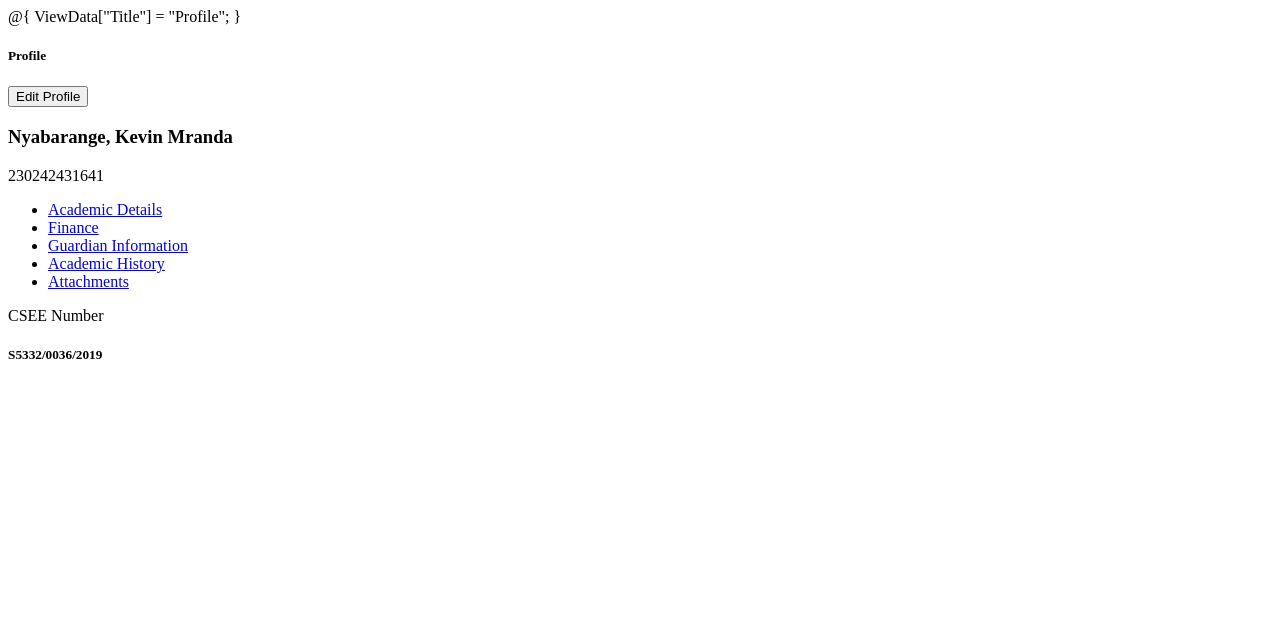
Repository: Euphrase8/SOMA-main
Page: Views/Profile/Profile.html
These files come from the project's save history. The page is drawn as it stood at one moment and after a run of saves; the edit follows.
The browser window is 1280 px wide. The pictures show the whole page.

Above is the page before, as saved 2024-05-29 03:10:07.

### Views/Profile/Profile.html
@{
ViewData["Title"] = "Profile";
}

<div class="card">
    <div class="card-header">
        <div class="row align-items-center">
            <div class="col">
                <h5><i class="icofont icofont-graduate-alt"></i> Profile</h5>
            </div>
            <div class="col text-right">
                <button class="btn btn-primary"><i class="icofont icofont-pen-alt-4"></i>Edit Profile</button>
            </div>
        </div>
    </div>
</div>

<div class="card">
    <div class="row align-items-center">
        <div class="col-md-3">
            <div class="card">
                <div class="card-body profile-box">
                    <h3 class="user-profile text-center">Nyabarange, Kevin Mranda</h3>
                    <p class="text-muted text-center">230242431641</p>
                </div>
            </div>
        </div>
        <div class="col-md-9">
            <div class="card">
                <div class="card-header p-2">
                    <ul class="nav nav-pills">
                        <li class="nav-item">
                            <a class="nav-link active" href="#">Academic Details</a>
                        </li>
                        <li class="nav-item">
                            <a class="nav-link active" href="#">Finance</a>
                        </li>
                        <li class="nav-item">
                            <a class="nav-link active" href="#">Guardian Information</a>
                        </li>
                        <li class="nav-item">
                            <a class="nav-link active" href="#">Academic History</a>
                        </li>
                        <li class="nav-item">
                            <a class="nav-link active" href="#">Attachments</a>
                        </li>
                    </ul>
                </div>
                <div class="card-body">
                    <div class="tab-content">
                        <div class="active tab-pane" id="activity">
                            <div class="row">
                                <div class="col-sm-3  col-6">
                                    <div class="description-block border-right">
                                        <span class="description-percentage text-success">CSEE Number</span>
                                        <h5 class="description-header">S5332/0036/2019</h5>
                                    </div>
                                </div>
                            </div>
                        </div>
                    </div>
                </div>
            </div>
        </div>
    </div>

After the next 5 saves:
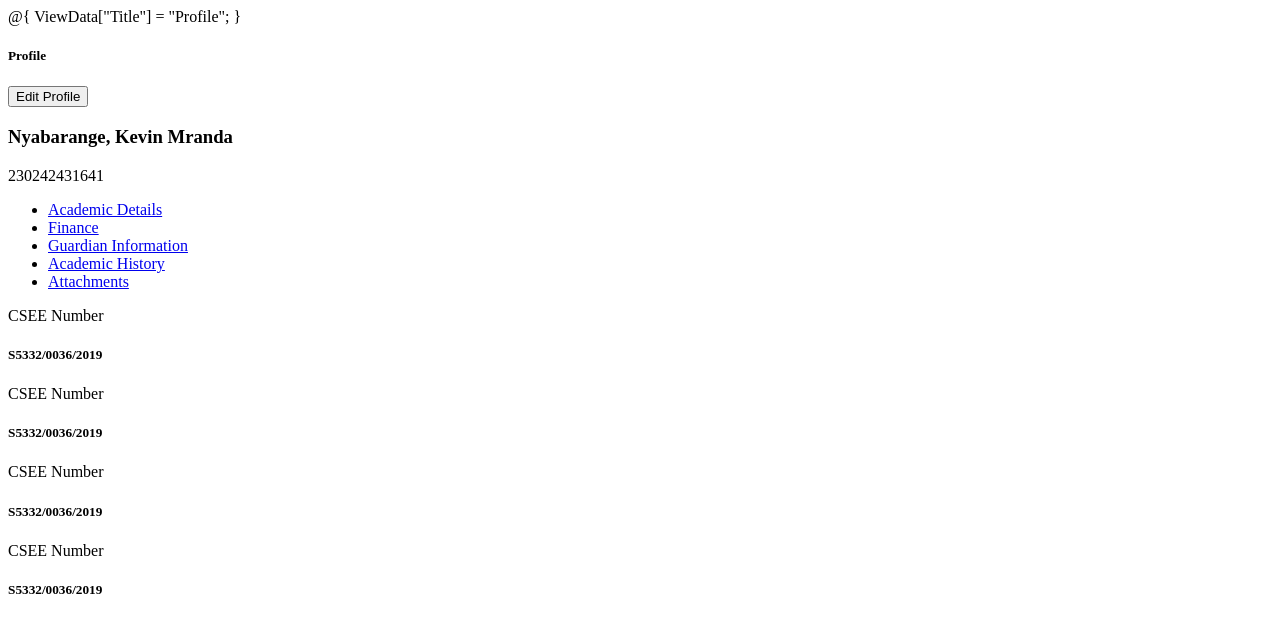
The 5 saves are shown as one change because they came seconds apart.
The last was saved 61 s later.
--- a/Views/Profile/Profile.html
+++ b/Views/Profile/Profile.html
@@ -56,6 +56,24 @@ ViewData["Title"] = "Profile";
                                         <h5 class="description-header">S5332/0036/2019</h5>
                                     </div>
                                 </div>
+                                <div class="col-sm-3  col-6">
+                                    <div class="description-block border-right">
+                                        <span class="description-percentage text-success">CSEE Number</span>
+                                        <h5 class="description-header">S5332/0036/2019</h5>
+                                    </div>
+                                </div>
+                                <div class="col-sm-3  col-6">
+                                    <div class="description-block border-right">
+                                        <span class="description-percentage text-success">CSEE Number</span>
+                                        <h5 class="description-header">S5332/0036/2019</h5>
+                                    </div>
+                                </div>
+                                <div class="col-sm-3  col-6">
+                                    <div class="description-block border-right">
+                                        <span class="description-percentage text-success">CSEE Number</span>
+                                        <h5 class="description-header">S5332/0036/2019</h5>
+                                    </div>
+                                </div>
                             </div>
                         </div>
                     </div>
